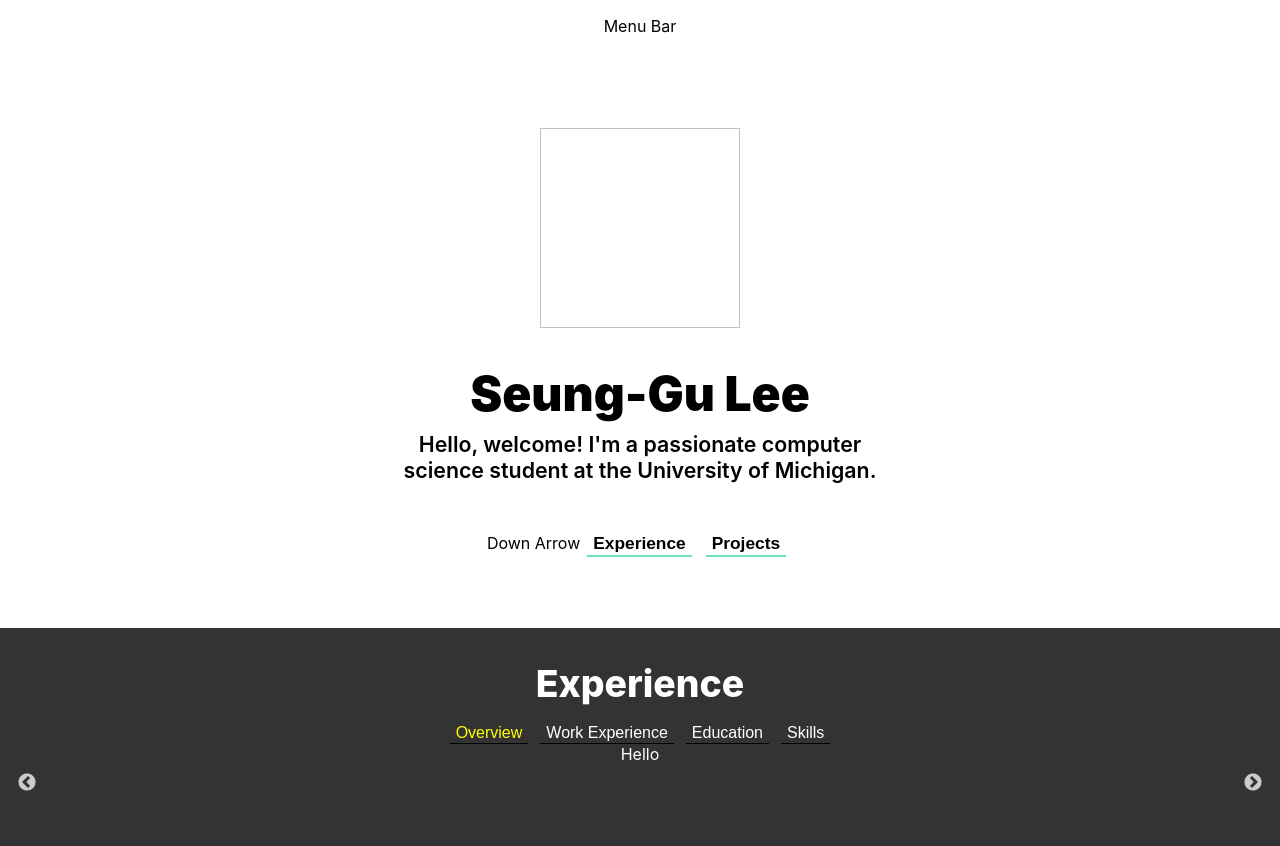
Repository: sgl33/sgl.dev-v2
Page: /
The author's editor kept a copy of each file at every save. The page is drawn from the files as they stood at one save, then again after the next save.
The browser window is 1280 px wide. The pictures show the whole page.
The project was rebuilt for these pictures with package versions that can differ from the ones it lists, and the page was loaded fresh each time.

Above is the page before, as saved 2024-02-27 22:21:21.

### src/App/App.tsx
import React from 'react';
import '../css/general.css';


import MenuBar from './MenuBar';
import Landing from './Landing';
import Experience from './Experience';

function App() {
  return (
    <div className="App">
        <MenuBar/>
        <Landing/>
        <Experience/>
    </div>
  );
}

export default App;

### src/css/general.css


h1 {
    font-size: 28pt;
    margin-bottom: 8px;
    font-weight: 800;
}



html {
    padding: 0;
}

.App {
  text-align: center;

}

.App-logo {
  height: 40vmin;
  pointer-events: none;
}

@media (prefers-reduced-motion: no-preference) {
  .App-logo {
    animation: App-logo-spin infinite 20s linear;
  }
}

.App-header {
  background-color: #282c34;
  min-height: 100vh;
  display: flex;
  flex-direction: column;
  align-items: center;
  justify-content: center;
  font-size: calc(10px + 2vmin);
  color: white;
}

.App-link {
  color: #61dafb;
}

@keyframes App-logo-spin {
  from {
    transform: rotate(0deg);
  }
  to {
    transform: rotate(360deg);
  }
}

### src/App/MenuBar.tsx


function MenuBar() {
    return (
        <div>
            <p>Menu Bar</p>
        </div>
    );
}

export default MenuBar;

### src/App/Landing.tsx
import '../css/general.css';
import '../css/landing.css';

function Landing() {
    return (
        <div id='landing-background'>
            <div id='landing-text-container'>
                <img id='landing-pic'></img>
                <h1>Seung-Gu Lee</h1>
                <h2>Hello, welcome! I'm a passionate computer science student at the University of Michigan.</h2>
            </div>
            <div id='landing-buttons-container'>
                Down Arrow
                <button className='landing-button'>Experience</button>
                <button className='landing-button'>Projects</button>
            </div>
        </div>
    );
}

export default Landing;

### src/App/Experience.js
import React, { useState, useRef } from 'react';
import Slider from 'react-slick';
import "slick-carousel/slick/slick.css";
import "slick-carousel/slick/slick-theme.css";

// CSS
import '../css/general.css';
import '../css/experience.css';

// Other Components
import ExperienceCarousel1 from './ExperienceCarousel';


function Experience() {
    const [slideIndex, setSlideIndex] = useState(0);
    var sliderRef = useRef(null);

    var sliderSettings = {
        dots: false,
        slidesToShow: 1,
        beforeChange: (current, next) => setSlideIndex(next)
    };




    return (
        <div id='experience'>
            <h1>Experience</h1>
            {/* Buttons */}
            <div id='experience-buttons-container'>
                <button className={slideIndex === 0 ? 'experience-button-selected' : 'experience-button'}
                    onClick={e => sliderRef.slickGoTo(0)}
                >
                    Overview
                </button>
                <button className={slideIndex === 1 ? 'experience-button-selected' : 'experience-button'}
                    onClick={e => sliderRef.slickGoTo(1)}
                >
                    Work Experience
                </button>
                <button className={slideIndex === 2 ? 'experience-button-selected' : 'experience-button'}
                    onClick={e => sliderRef.slickGoTo(2)}
                >
                    Education
                </button>
                <button className={slideIndex === 3 ? 'experience-button-selected' : 'experience-button'}
                    onClick={e => sliderRef.slickGoTo(3)}
                >
                    Skills
                </button>
            </div>
            {/* Carousel Content */}
            <div id='experience-carousel'>
                <Slider {...sliderSettings} ref={slider => { sliderRef = slider; }}>
                    <div>
                        <ExperienceCarousel1/>
                    </div>
                    <div>
                        <h1>2</h1>
                    </div>
                    <div>
                        <h1>3</h1>
                    </div>
                    <div>
                        <h1>4</h1>
                    </div>
                </Slider>
            </div>
        </div>
    )
}

export default Experience;

### src/css/landing.css


#landing-background {
    padding: 64px 42px 64px 42px;
}

/* Text Container */
#landing-text-container {
    width: 480px;
    max-width: 90%;
    margin: 12px auto 42px auto;
}
#landing-pic {
    width: 200px;
    height: 200px;
}
#landing-text-container h1 {
    font-size: 36pt;
    margin-bottom: 8px;
    font-weight: 900;
}
#landing-text-container h2 {
    margin: 0px;
    font-size: 16pt;
    font-weight: 600;
}

/* Landing Buttons */
#landing-buttons-container {

}
#landing-buttons-container p {
    margin: 4px 0;
    display: inline-block;
    font-size: 13pt;
    font-weight: 500;
}
.landing-button {
    transition: 0.4s;
    margin: 7px;
    font-size: 13pt;
    font-weight: 600;
    color: black;
    text-decoration: none;
    background: none;
    border-style: none none solid none;
    border-color: #6ee3b6;
}
.landing-button:hover {
    background-color: rgba(0, 0, 0, 0.05);
}

/* #abffd7 */

### src/css/experience.css

#experience {
    background-color: #333333;
    padding: 8px 42px 24px 42px;
    color: white;
}

#experience h1 {
    color: white;

}

#experience-buttons-container {
    margin-top: 16px;
}
.experience-button, .experience-button-selected {
    background: none;
    color: white;
    border-style: none none solid none;
    border-width: 1px;
    font-size: 12pt;
    font-weight: 500;
    margin: 0 6px;
}
.experience-button-selected {
    color: yellow !important;
}
.experience-button:hover {
    cursor: pointer;
}

### src/App/ExperienceCarousel.tsx
import '../css/general.css';
import '../css/experience.css';

function ExperienceCarousel1() {
    return (
        <div>
            Hello
        </div>
    );
}

export default ExperienceCarousel1;

Loaded but not shown: public/index.html (common file); src/index.tsx (common file); src/index.css (common file); src/reportWebVitals.ts (common file)

After the next save:
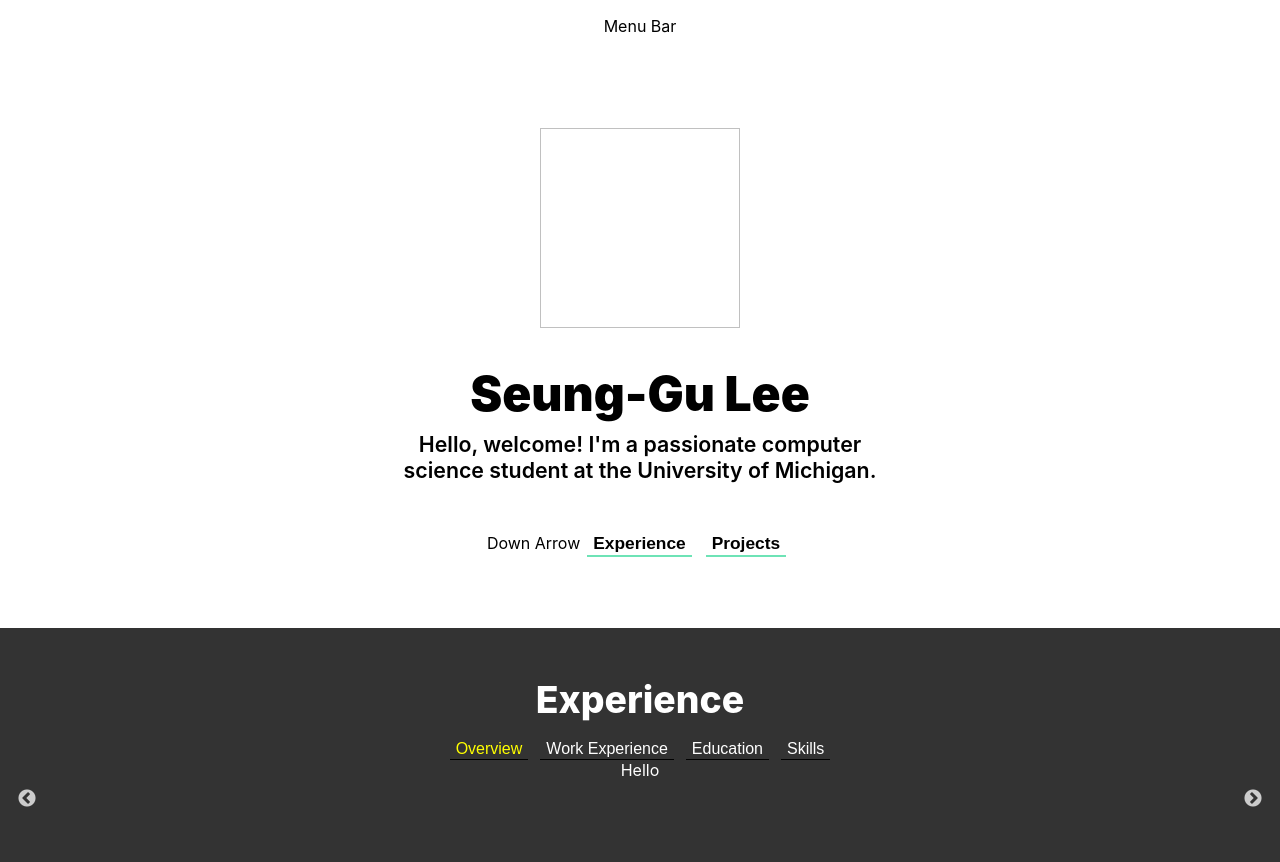
Saved 6 s later.
--- a/src/css/experience.css
+++ b/src/css/experience.css
@@ -1,7 +1,7 @@
 
 #experience {
     background-color: #333333;
-    padding: 8px 42px 24px 42px;
+    padding: 24px 42px;
     color: white;
 }
 
@@ -23,7 +23,7 @@
     margin: 0 6px;
 }
 .experience-button-selected {
-    color: yellow !important;
+    color: yellow;
 }
 .experience-button:hover {
     cursor: pointer;
